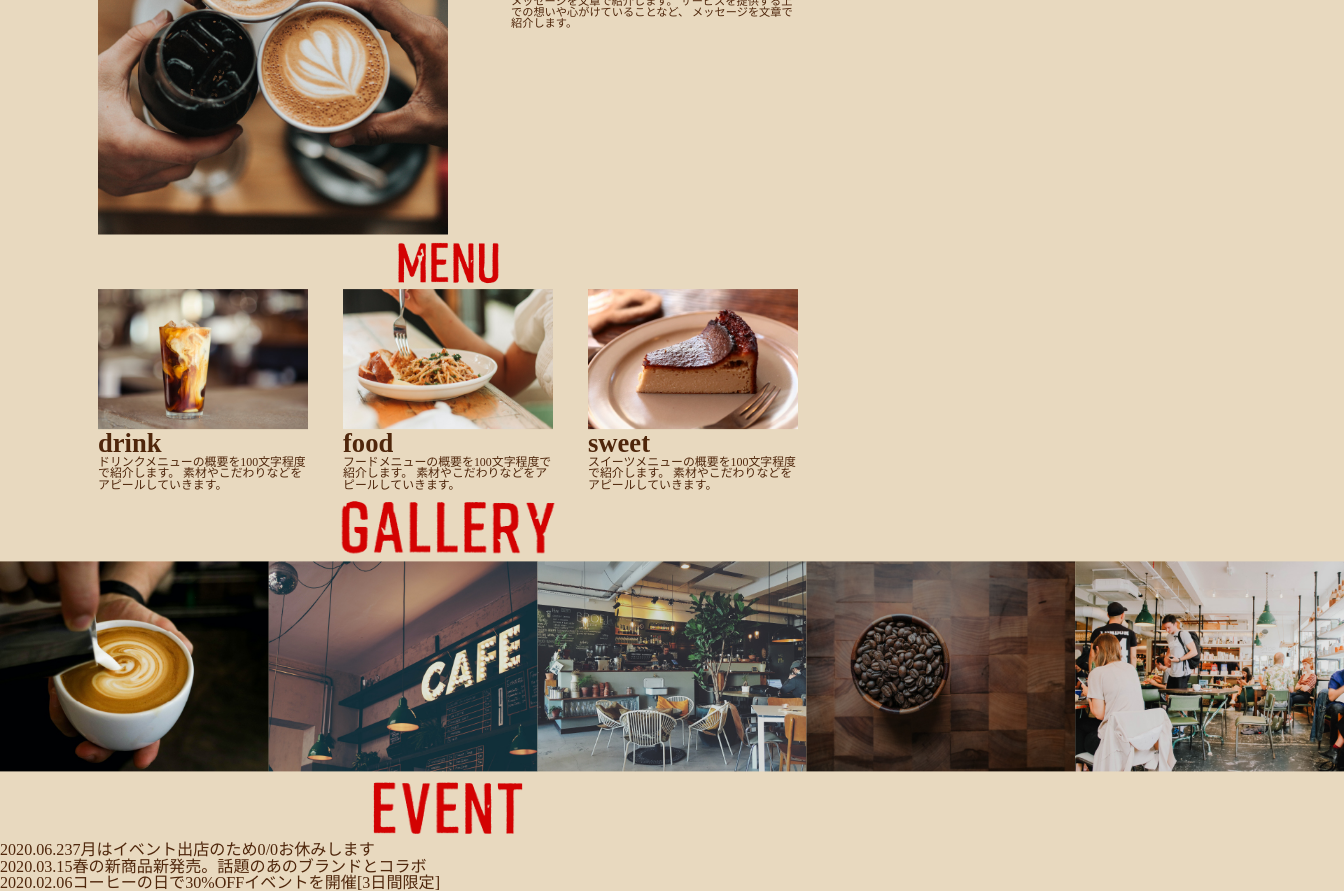
Repository: sonoyama01/dezasuta
Page: 第4回課題/index.html
These files come from the project's save history. The page is drawn as it stood at one moment and after the next save; the edit follows.
The browser window is 1280 px wide. The page is 1920 px wide, so the pictures cover 1920 px, including what lies to the right of the window. The pictures show the part of the page from y = 950 to 2230 px (the page is 2223 px tall before and 2230 px after), at 70% of full size.

Above is the page before, as saved 2024-05-03 18:03:40.

After the next save:
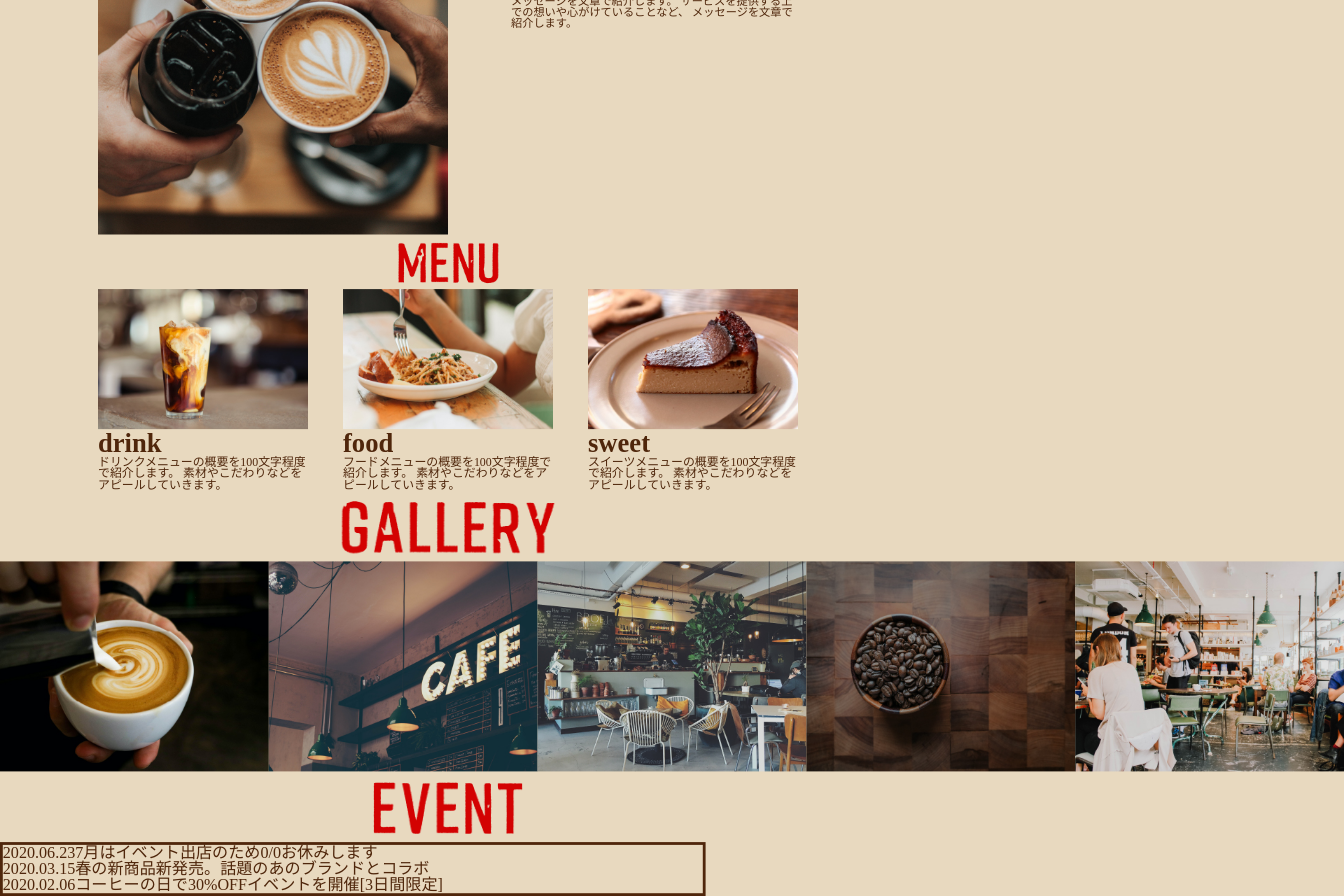
Saved 82 s later.
--- a/第4回課題/css/style.css
+++ b/第4回課題/css/style.css
@@ -184,5 +184,5 @@ h3 {
 
 dl {
   max-width: 1000px;
-  border: 4px #4f260b;
+  border: 4px solid #4f260b;
 }
